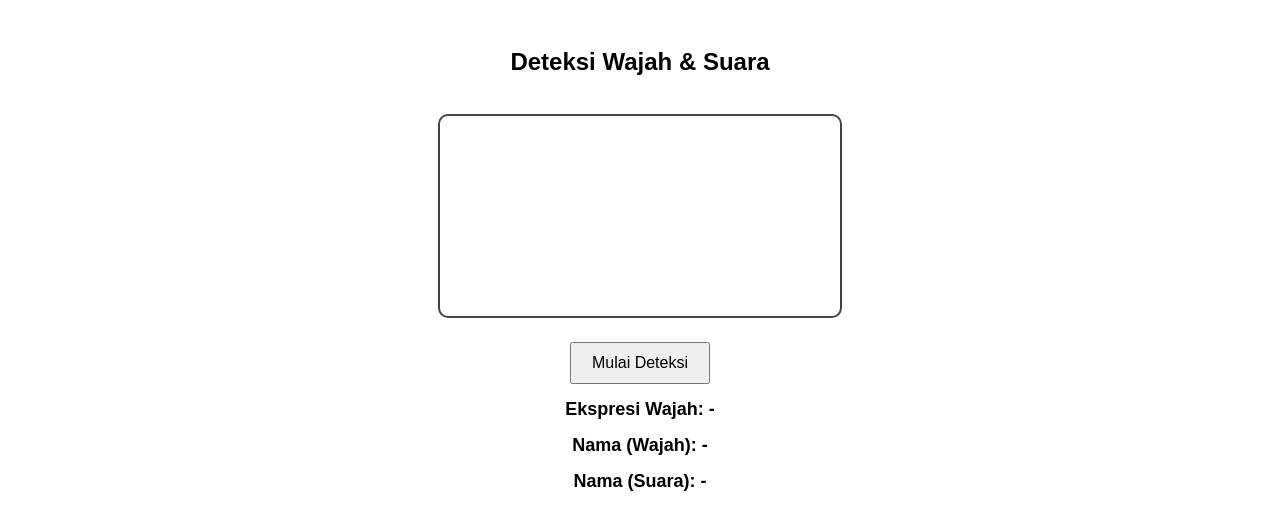
Repository: RalfyBawinto/working-teachable-machine
Page: index.html
The author's editor kept a copy of each file at every save. The page is drawn from the files as they stood at one save, then again after the next save.
The browser window is 1280 px wide. The pictures show the whole page.

Above is the page before, as saved 2025-04-21 23:51:07.

### index.html
<!DOCTYPE html>
<html lang="id">
  <head>
    <meta charset="UTF-8" />
    <meta name="viewport" content="width=device-width, initial-scale=1.0" />
    <title>Deteksi Wajah & Suara</title>
    <style>
      body {
        font-family: Arial, sans-serif;
        text-align: center;
        padding: 20px;
      }
      video {
        width: 100%;
        max-width: 400px;
        border-radius: 10px;
        border: 2px solid #444;
      }
      .output {
        margin-top: 15px;
        font-size: 18px;
        font-weight: bold;
      }
      button,
      select {
        margin-top: 20px;
        padding: 10px 20px;
        font-size: 16px;
      }
      #cameraSelectWrapper {
        display: none;
        margin-top: 10px;
      }
    </style>
  </head>
  <body>
    <h2>Deteksi Wajah & Suara</h2>

    <div id="cameraSelectWrapper">
      <label for="cameraSelect">Pilih Kamera:</label>
      <select id="cameraSelect">
        <option value="user">Depan (Selfie)</option>
        <option value="environment">Belakang</option>
      </select>
    </div>

    <br />
    <video id="video" autoplay muted playsinline></video>
    <canvas id="canvas" width="400" height="300" style="display: none"></canvas>

    <br />
    <button onclick="start()">Mulai Deteksi</button>

    <div class="output" id="face-output">Ekspresi Wajah: -</div>
    <div class="output" id="name-output">Nama (Wajah): -</div>
    <div class="output" id="voice-output">Nama (Suara): -</div>

    <!-- TensorFlow.js -->
    <script src="https://cdn.jsdelivr.net/npm/@tensorflow/tfjs@3.21.0/dist/tf.min.js"></script>
    <script src="https://cdn.jsdelivr.net/npm/@teachablemachine/image@0.8/dist/teachablemachine-image.min.js"></script>
    <script src="https://cdn.jsdelivr.net/npm/@teachablemachine/audio@0.8/dist/teachablemachine-audio.min.js"></script>

    <script>
      const faceModelURL =
        "https://teachablemachine.withgoogle.com/models/oTtv--EQC/";
      const nameModelURL =
        "https://teachablemachine.withgoogle.com/models/1E0LcWWmy/";
      const voiceModelURL =
        "https://teachablemachine.withgoogle.com/models/K_GdR4c9y/";

      let faceModel, nameModel, voiceModel, audioModel;
      let video, canvas, ctx;

      // Cek apakah device mobile
      function isMobileDevice() {
        return /Mobi|Android|iPhone|iPad/i.test(navigator.userAgent);
      }

      if (isMobileDevice()) {
        document.getElementById("cameraSelectWrapper").style.display = "block";
      }

      async function start() {
        video = document.getElementById("video");
        canvas = document.getElementById("canvas");
        ctx = canvas.getContext("2d");

        let facingMode = "user";
        if (isMobileDevice()) {
          facingMode = document.getElementById("cameraSelect").value;
        }

        try {
          // Load semua model
          faceModel = await tmImage.load(
            faceModelURL + "model.json",
            faceModelURL + "metadata.json"
          );
          nameModel = await tmImage.load(
            nameModelURL + "model.json",
            nameModelURL + "metadata.json"
          );
          audioModel = await tmAudio.load(
            voiceModelURL + "model.json",
            voiceModelURL + "metadata.json"
          );

          // Akses kamera
          const stream = await navigator.mediaDevices.getUserMedia({
            video: { facingMode: { ideal: facingMode } },
            audio: false,
          });

          video.srcObject = stream;
          video.onloadedmetadata = () => {
            video.play();
            requestAnimationFrame(loop);
          };

          // Mulai prediksi suara
          predictVoice();
        } catch (err) {
          alert("Gagal mengakses kamera atau model.");
          console.error("Error:", err);
        }
      }

      async function loop() {
        ctx.drawImage(video, 0, 0, canvas.width, canvas.height);
        await predictFace();
        requestAnimationFrame(loop);
      }

      async function predictFace() {
        const prediction = await faceModel.predict(canvas);
        const highest1 = prediction.reduce(
          (max, p) => (p.probability > max.probability ? p : max),
          { probability: 0 }
        );
        document.getElementById("face-output").innerText = `Ekspresi Wajah: ${
          highest1.className
        } (${(highest1.probability * 100).toFixed(1)}%)`;

        const prediction3 = await nameModel.predict(canvas);
        const highest3 = prediction3.reduce(
          (max, p) => (p.probability > max.probability ? p : max),
          { probability: 0 }
        );
        document.getElementById("name-output").innerText = `Nama (Wajah): ${
          highest3.className
        } (${(highest3.probability * 100).toFixed(1)}%)`;
      }

      async function predictVoice() {
        const mic = new tmAudio.AudioModel(audioModel);
        await mic.listen(async () => {
          const prediction = await audioModel.predict();
          const highest = prediction.reduce(
            (max, p) => (p.probability > max.probability ? p : max),
            { probability: 0 }
          );
          document.getElementById("voice-output").innerText = `Nama (Suara): ${
            highest.className
          } (${(highest.probability * 100).toFixed(1)}%)`;
        });
      }
    </script>
  </body>
</html>

After the next save:
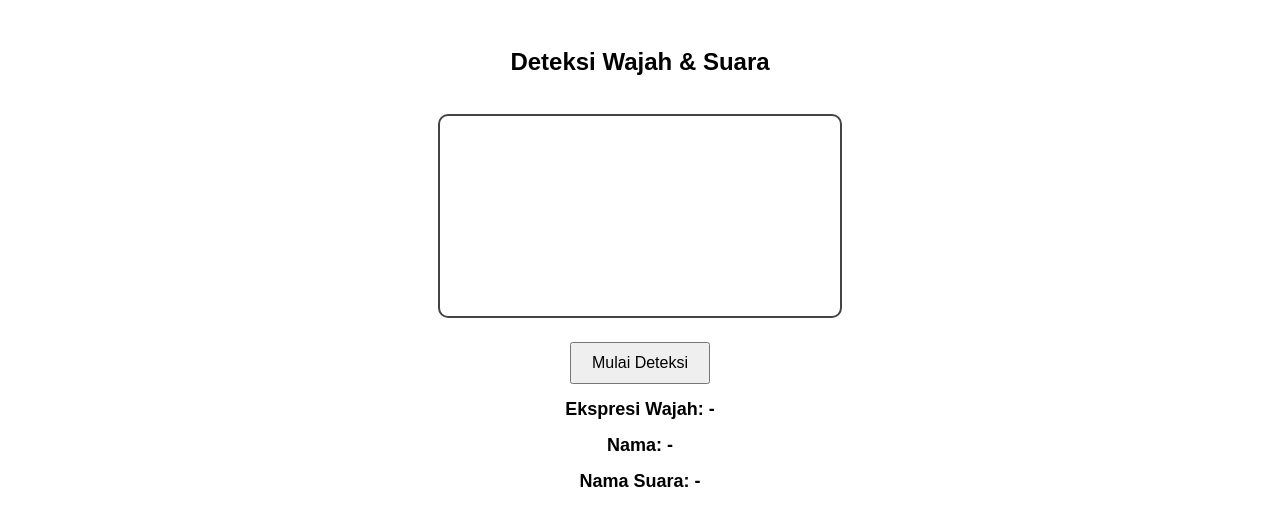
Saved 36 s later.
--- a/index.html
+++ b/index.html
@@ -52,8 +52,8 @@
     <button onclick="start()">Mulai Deteksi</button>
 
     <div class="output" id="face-output">Ekspresi Wajah: -</div>
-    <div class="output" id="name-output">Nama (Wajah): -</div>
-    <div class="output" id="voice-output">Nama (Suara): -</div>
+    <div class="output" id="name-output">Nama: -</div>
+    <div class="output" id="voice-output">Nama Suara: -</div>
 
     <!-- TensorFlow.js -->
     <script src="https://cdn.jsdelivr.net/npm/@tensorflow/tfjs@3.21.0/dist/tf.min.js"></script>

After the 2 saves that followed:
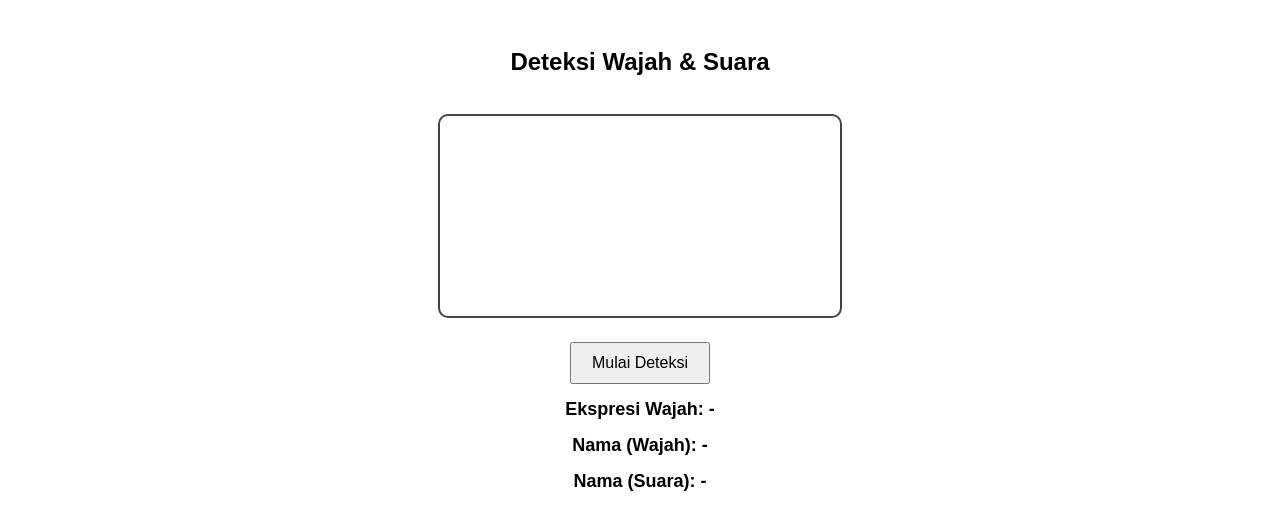
The 2 saves are shown as one change because 1 left the picture as it was.
The last was saved 3 min 22 s later.
--- a/index.html
+++ b/index.html
@@ -52,8 +52,8 @@
     <button onclick="start()">Mulai Deteksi</button>
 
     <div class="output" id="face-output">Ekspresi Wajah: -</div>
-    <div class="output" id="name-output">Nama: -</div>
-    <div class="output" id="voice-output">Nama Suara: -</div>
+    <div class="output" id="name-output">Nama (Wajah): -</div>
+    <div class="output" id="voice-output">Nama (Suara): -</div>
 
     <!-- TensorFlow.js -->
     <script src="https://cdn.jsdelivr.net/npm/@tensorflow/tfjs@3.21.0/dist/tf.min.js"></script>
@@ -68,10 +68,9 @@
       const voiceModelURL =
         "https://teachablemachine.withgoogle.com/models/K_GdR4c9y/";
 
-      let faceModel, nameModel, voiceModel, audioModel;
+      let faceModel, nameModel, audioModel;
       let video, canvas, ctx;
 
-      // Cek apakah device mobile
       function isMobileDevice() {
         return /Mobi|Android|iPhone|iPad/i.test(navigator.userAgent);
       }
@@ -91,7 +90,6 @@
         }
 
         try {
-          // Load semua model
           faceModel = await tmImage.load(
             faceModelURL + "model.json",
             faceModelURL + "metadata.json"
@@ -105,7 +103,6 @@
             voiceModelURL + "metadata.json"
           );
 
-          // Akses kamera
           const stream = await navigator.mediaDevices.getUserMedia({
             video: { facingMode: { ideal: facingMode } },
             audio: false,
@@ -117,7 +114,6 @@
             requestAnimationFrame(loop);
           };
 
-          // Mulai prediksi suara
           predictVoice();
         } catch (err) {
           alert("Gagal mengakses kamera atau model.");
@@ -152,17 +148,24 @@
       }
 
       async function predictVoice() {
-        const mic = new tmAudio.AudioModel(audioModel);
-        await mic.listen(async () => {
-          const prediction = await audioModel.predict();
-          const highest = prediction.reduce(
-            (max, p) => (p.probability > max.probability ? p : max),
-            { probability: 0 }
-          );
-          document.getElementById("voice-output").innerText = `Nama (Suara): ${
-            highest.className
-          } (${(highest.probability * 100).toFixed(1)}%)`;
-        });
+        await audioModel.listen(
+          async () => {
+            const prediction = await audioModel.predict();
+            const highest = prediction.reduce(
+              (max, p) => (p.probability > max.probability ? p : max),
+              { probability: 0 }
+            );
+            document.getElementById(
+              "voice-output"
+            ).innerText = `Nama (Suara): ${highest.className} (${(
+              highest.probability * 100
+            ).toFixed(1)}%)`;
+          },
+          {
+            probabilityThreshold: 0.8,
+            overlapFactor: 0.5,
+          }
+        );
       }
     </script>
   </body>
